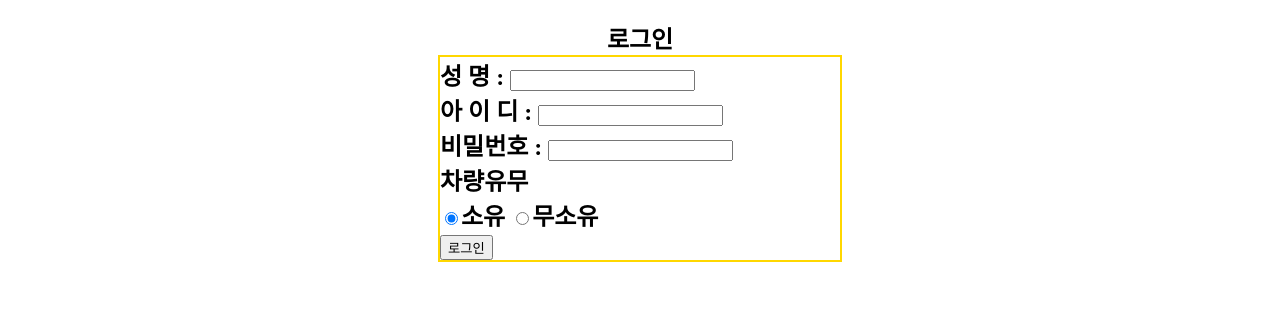
Repository: JaySurplusYoon/JSP_Servlet
Page: jsp01/WebContent/Human_info.html
These files come from the project's save history. The page is drawn as it stood at one moment and after the next save; the edit follows.
The browser window is 1280 px wide. The pictures show the whole page.

Above is the page before, as saved 2017-08-10 15:04:24.

### jsp01/WebContent/Human_info.html
<!DOCTYPE html>
<html>
<head>
<meta charset="UTF-8">
<title>회원정보</title>
<style>
	#loginFormArea{
		text-align : left;
		width : 400px;
		margin : auto;
		border : 2px solid gold;
	}
	h2{
		text-align : center;
	}
</style>
</head>
<body>
	<h2>로그인</h>
	<section id  = "loginFormArea">

		<form action="HI" method="get">
		<label id = "name">성 명 :</label>
			<input type ="text" name="name" id="name"><br>
		<label id = "id">아  이  디 :</label>
			<input type= "text" name= "id" id="id"> <br>
		<label id = "password">비밀번호 :</label>
			<input type = "password" name="pwd" id="pw"><br>
		<label id = "car">차량유무</label><br>
			<input type="radio" name="car" value="소유" checked="checked">소유
			<input type="radio" name="car" value="무소유">무소유<br>
		<input type="submit" value="로그인">
		</form>
	</section>

</body>
</html>

After the next save:
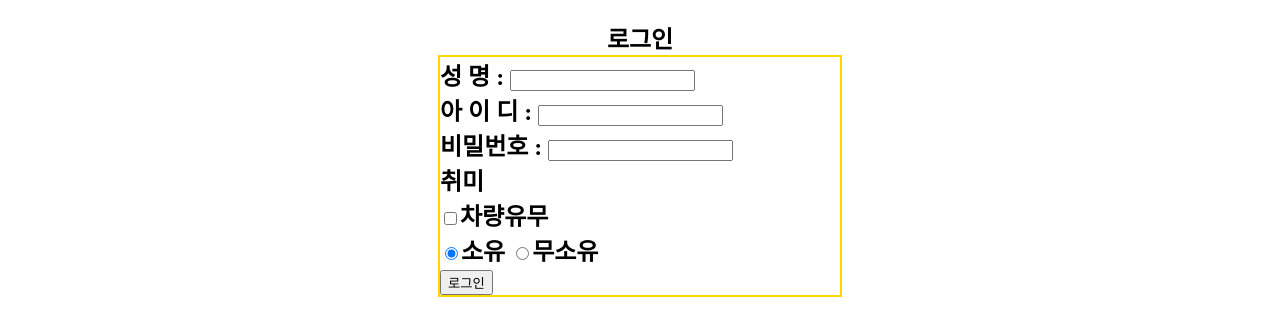
Saved 82 s later.
--- a/jsp01/WebContent/Human_info.html
+++ b/jsp01/WebContent/Human_info.html
@@ -26,6 +26,8 @@
 			<input type= "text" name= "id" id="id"> <br>
 		<label id = "password">비밀번호 :</label>
 			<input type = "password" name="pwd" id="pw"><br>
+		<label id = "hobby">취미</label><br>
+			<input type="checkbox" name="hobby"
 		<label id = "car">차량유무</label><br>
 			<input type="radio" name="car" value="소유" checked="checked">소유
 			<input type="radio" name="car" value="무소유">무소유<br>
